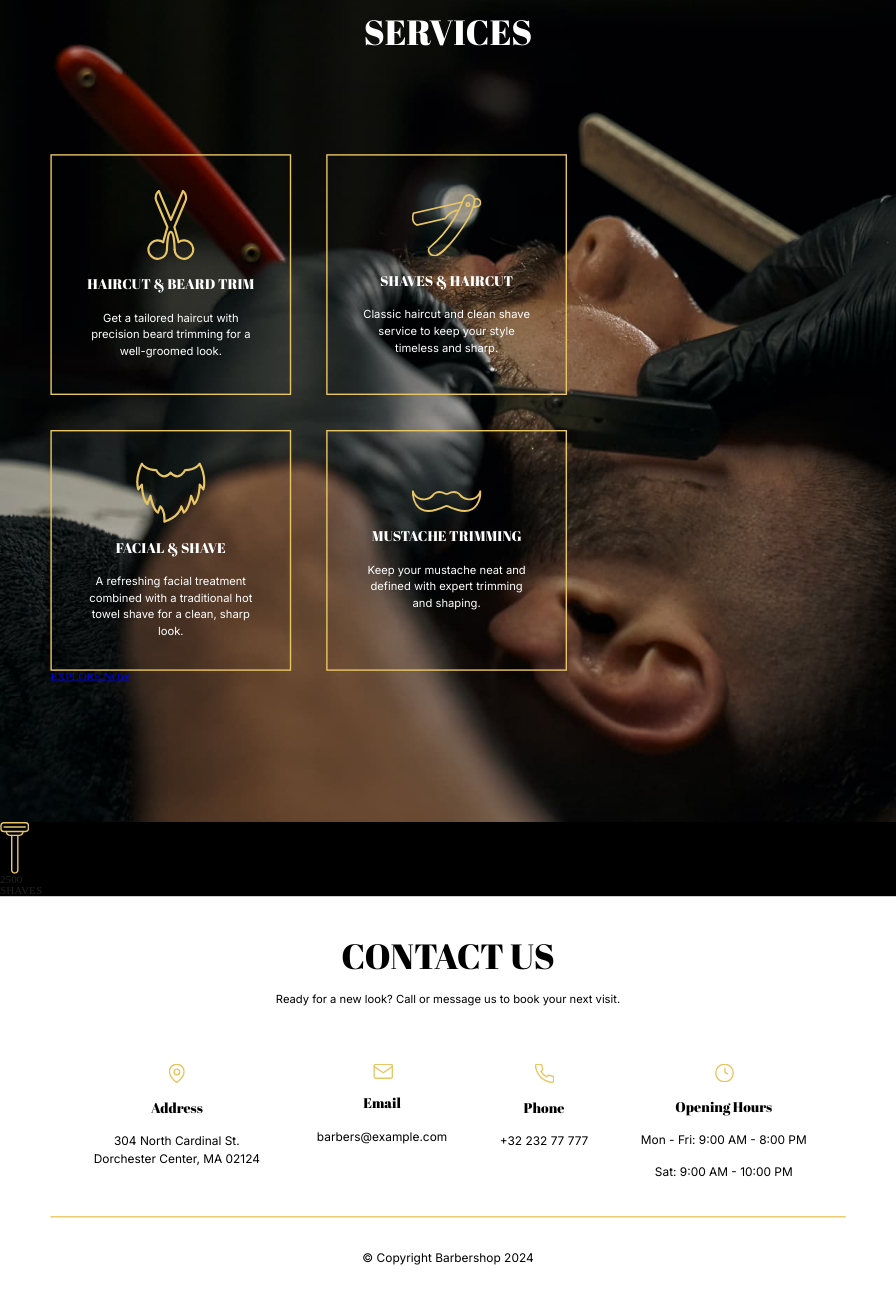
Repository: BogdanLazebnika/barbershop
Page: http://localhost/
The author's editor kept a copy of each file at every save. The page is drawn from the files as they stood at one save, then again after a run of saves.
The browser window is 1280 px wide. The pictures show the part of the page from y = 1046 to 2966 px (the page is 2916 px tall before and 2966 px after), at 70% of full size.
The page is run by PHP 8.4 with error messages shown; the project is at /var/www/html/.

Above is the page before, as saved 2025-07-16 23:33:33.

After the next 3 saves:
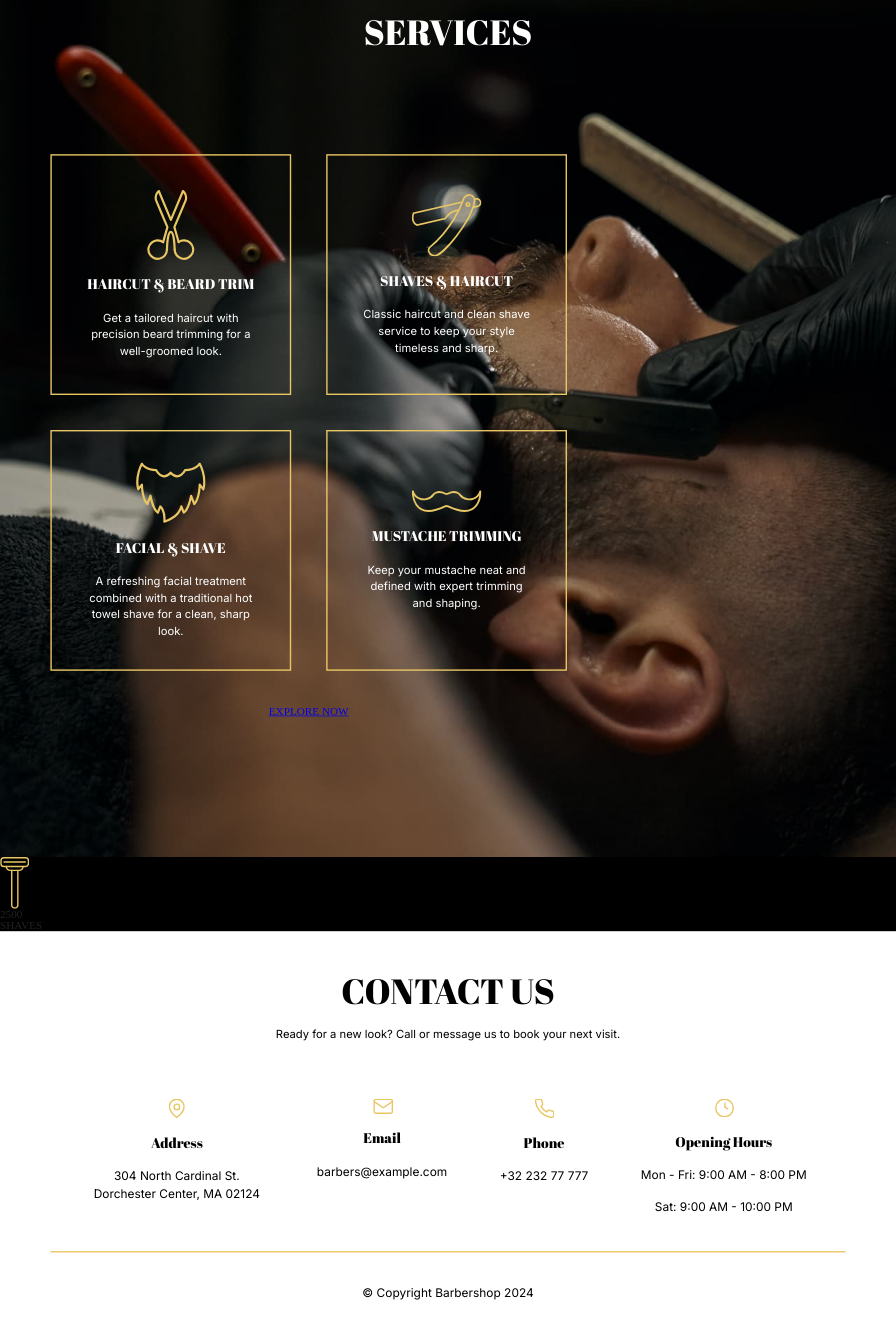
The 3 saves are shown as one change because they came seconds apart.
The last was saved 10 s later.
--- a/assets/css/index.css
+++ b/assets/css/index.css
@@ -119,3 +119,8 @@
     line-height: 1.5;
     margin: 0;
 }
+.services-list-line-button-wrapper{
+    display: flex;
+    justify-content: center;
+    margin-top: 50px;
+}
